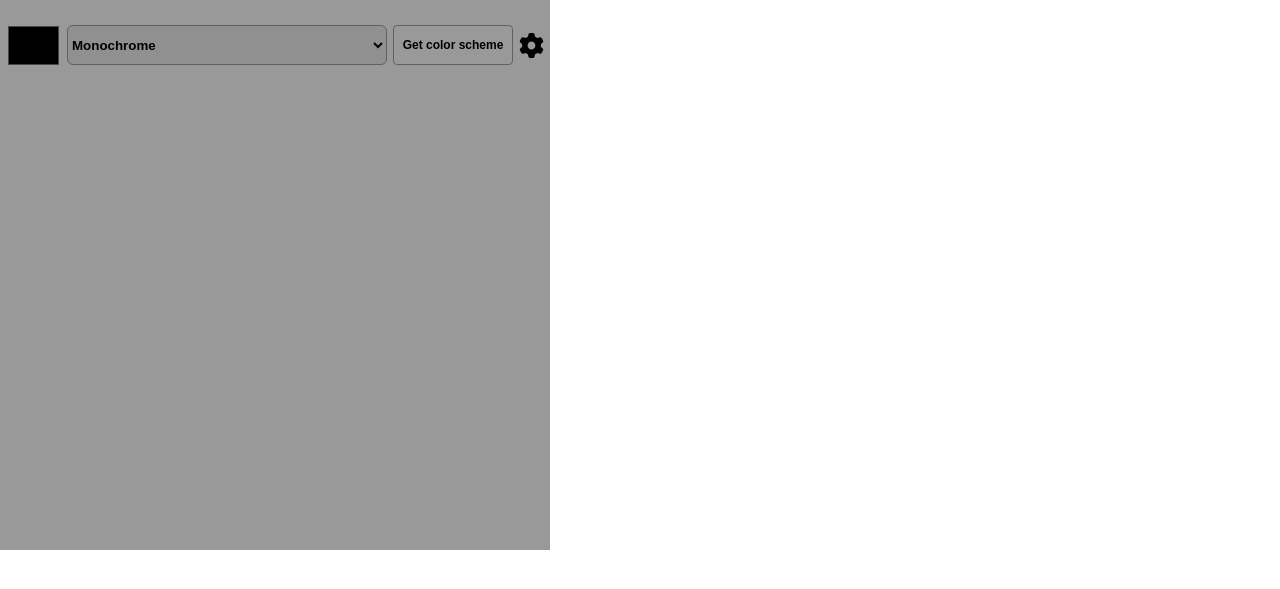
Repository: RadziSzop/colorPicker
Page: index.html
These files come from the project's save history. The page is drawn as it stood at one moment and after the next save; the edit follows.
The browser window is 1280 px wide. The pictures show the whole page.

Above is the page before, as saved 2022-03-04 22:58:41.

### index.html
<!DOCTYPE html>
<html lang="en">
  <head>
    <meta charset="UTF-8" />
    <meta http-equiv="X-UA-Compatible" content="IE=edge" />
    <meta name="viewport" content="width=device-width, initial-scale=1.0" />
    <link rel="stylesheet" href="style.css" />
    <link rel="preconnect" href="https://fonts.googleapis.com" />
    <link rel="preconnect" href="https://fonts.gstatic.com" crossorigin />
    <link
      href="https://fonts.googleapis.com/css2?family=Roboto:wght@400;700&display=swap"
      rel="stylesheet"
    />
    <title>Document</title>
  </head>
  <body>
    <!-- <p id="test">ok</p> -->
    <div class="container">
      <div class="modal">
        <div class="settings"></div>
      </div>
      <div class="main">
        <input type="color" id="color-picker" />
        <select id="menu">
          <option value="Monochrome">Monochrome</option>
          <option value="Monochrome-dark">Monochrome-dark</option>
          <option value="Monochrome-light">Monochrome-light</option>
          <option value="Analogic">Analogic</option>
          <option value="Complement">Complement</option>
          <option value="Analogic-complement">Analogic-complement</option>
          <option value="Triad">Triad</option>
        </select>
        <button id="submit-button">Get color scheme</button>
        <!-- <button id="settings-button">Settings</button> -->
        <div class="gear">
          <img src="images/gear-solid.svg" alt="" />
        </div>
      </div>
      <div class="colors">
        <div class="colorBox" id="color1"></div>
        <div class="colorBox" id="color2"></div>
        <div class="colorBox" id="color3"></div>
        <div class="colorBox" id="color4"></div>
        <div class="colorBox" id="color5"></div>
      </div>
      <div class="color_values">
        <div class="valueBox"><p id="value1"></p></div>
        <div class="valueBox"><p id="value2"></p></div>
        <div class="valueBox"><p id="value3"></p></div>
        <div class="valueBox"><p id="value4"></p></div>
        <div class="valueBox"><p id="value5"></p></div>
      </div>
    </div>

    <script src="main.js"></script>
  </body>
</html>

### style.css
* {
  box-sizing: border-box;
}
img {
  height: 100%;
  width: 100%;
}

html {
  font-family: "Roboto", sans-serif;
}
html,
body {
  margin: 0;
  padding: 0;
}
select {
  width: 320px;
  height: 40px;
  border-radius: 6px;
  font-weight: 700;
  border: 1px rgb(160, 160, 160) solid;
}
button {
  width: 120px;
  height: 40px;
  font-size: 12px;
  background-color: white;
  border: 1px rgb(160, 160, 160) solid;
  border-radius: 4px;
  font-weight: 700;
  cursor: pointer;
  transition: transform 0.2s;
}
.buttonClick {
  transform: scale(1.1);
}
option {
  padding-top: 5px;
}
.container {
  width: 550px;
  height: 550px;
  display: flex;
  flex-direction: column;
}
.main {
  height: 90px;
  width: 100%;
  background-color: rgb(255, 255, 255);
  display: flex;
  justify-content: space-evenly;
  align-items: center;
}
.gear {
  height: 25px;
  width: 25px;
}

.colors {
  height: 415px;
  display: flex;
}
.colorBox {
  width: 20%;
  height: 100%;
  background-color: rgb(255, 255, 255);
  transition: background 1s;
  /* border: 1px black solid; */
}
.color_values {
  height: 45px;
  display: flex;
  /* background-color: gray; */
}
.valueBox {
  height: 100%;
  width: 20%;
  /* border: 1px solid black; */
  display: flex;
  justify-content: center;
  align-items: center;
  font-weight: 700;
}
#color-picker {
  padding: 0;
  margin: 0;
  height: 47px;
  width: 55px;
  border: none;
  outline: none;
  -webkit-appearance: none;
  background-color: white;
}

/* modal */

.modal {
  position: fixed;
  height: 550px;
  width: 550px;
  background-color: rgba(0, 0, 0, 0.4);
}

### main.js
let colorEl1 = document.querySelector("#color1")
let colorEl2 = document.querySelector("#color2")
let colorEl3 = document.querySelector("#color3")
let colorEl4 = document.querySelector("#color4")
let colorEl5 = document.querySelector("#color5")
let valueEl1 = document.querySelector("#value1")
let valueEl2 = document.querySelector("#value2")
let valueEl3 = document.querySelector("#value3")
let valueEl4 = document.querySelector("#value4")
let valueEl5 = document.querySelector("#value5")
let submitBtnEl = document.querySelector("#submit-button")
let settingsBtnEl = document.querySelector("#settings-button")
let colorPicerEl = document.querySelector("#color-picker")
let menuEl = document.querySelector("#menu")

let testEl = document.querySelector("#test")
let apiData
//     chrome.storage.sync.get('foo', function(items) {
//         testEl.textContent =  JSON.stringify(items);
//       });



submitBtnEl.addEventListener("click", getingColors)

function getingColors(){
    let color = colorPicerEl.value.slice(1)
    let type = menuEl.value.toLowerCase()

    // chrome.storage.sync.set({'foo': color}, function() {
    //     console.log('Settings saved');
    //   });

    fetch(`https://www.thecolorapi.com/scheme?hex=${color}&mode=${type}`)
    .then(response => response.json())
    .then(json => {
        apiData = json

        colorEl1.style.backgroundColor = apiData.colors[0].rgb.value
        colorEl2.style.backgroundColor = apiData.colors[1].rgb.value
        colorEl3.style.backgroundColor = apiData.colors[2].rgb.value
        colorEl4.style.backgroundColor = apiData.colors[3].rgb.value
        colorEl5.style.backgroundColor = apiData.colors[4].rgb.value

        valueEl1.textContent = apiData.colors[0].hex.clean
        valueEl2.textContent = apiData.colors[1].hex.clean
        valueEl3.textContent = apiData.colors[2].hex.clean
        valueEl4.textContent = apiData.colors[3].hex.clean
        valueEl5.textContent = apiData.colors[4].hex.clean
    })
}

After the next save:
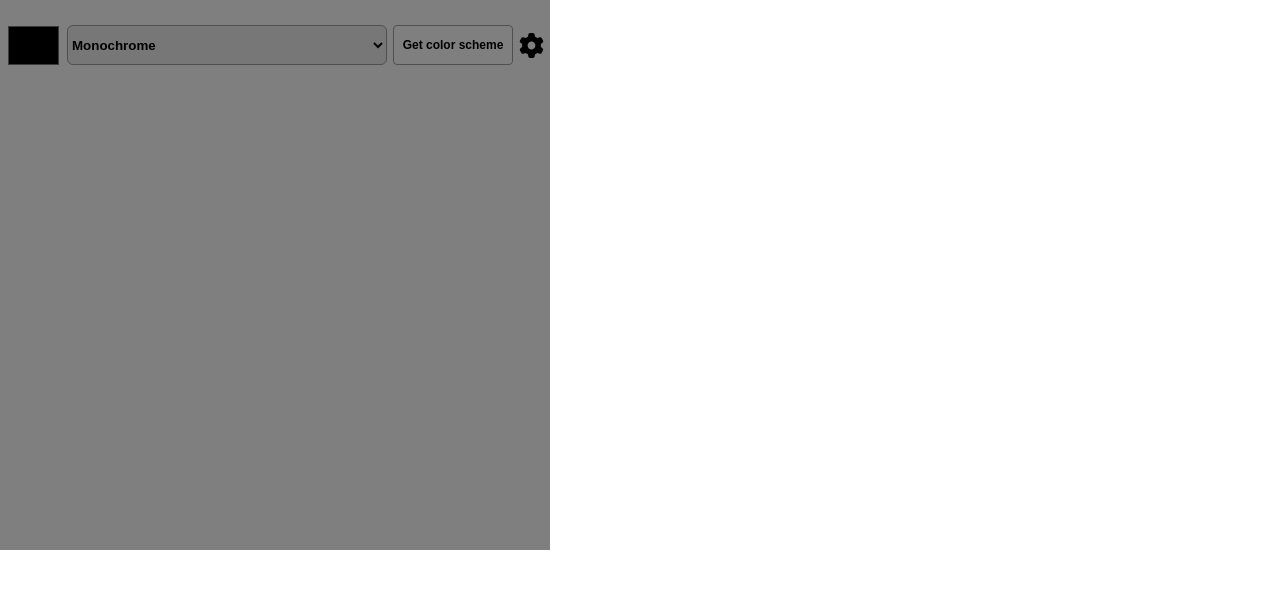
Saved 29 s later.
--- a/style.css
+++ b/style.css
@@ -96,8 +96,11 @@
 /* modal */
 
 .modal {
+  display: flex;
+  justify-content: center;
+  align-items: center;
   position: fixed;
   height: 550px;
   width: 550px;
-  background-color: rgba(0, 0, 0, 0.4);
+  background-color: rgba(0, 0, 0, 0.5);
 }
